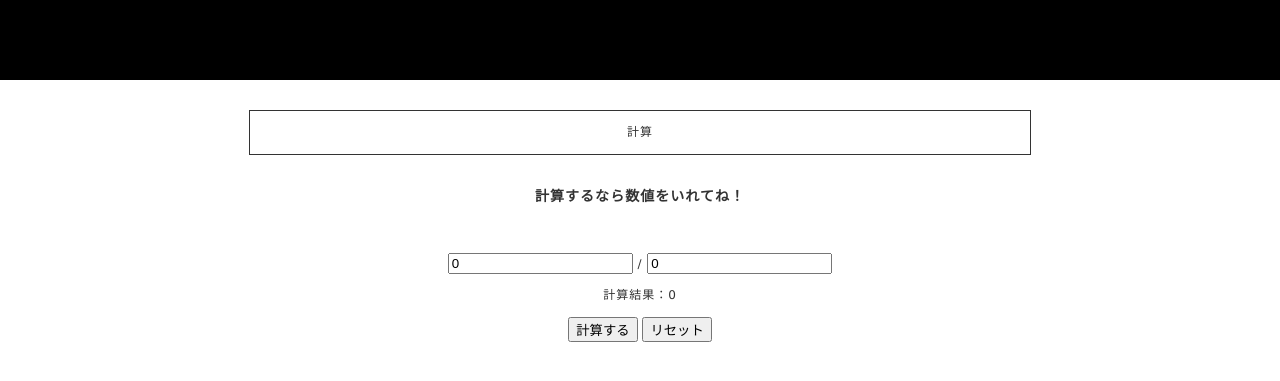
Repository: HattoriKotaro19920408/Keisanchan
Page: http://localhost/Keisanchan/keisan.jsp
An editor plug-in stored every save of this project. The page is shown before and after the next save, followed by the edit.
The browser window is 1280 px wide. The pictures show the whole page.
The page is served by Tomcat 9.

Above is the page before, as saved 2018-08-08 02:11:12.

After the next save:
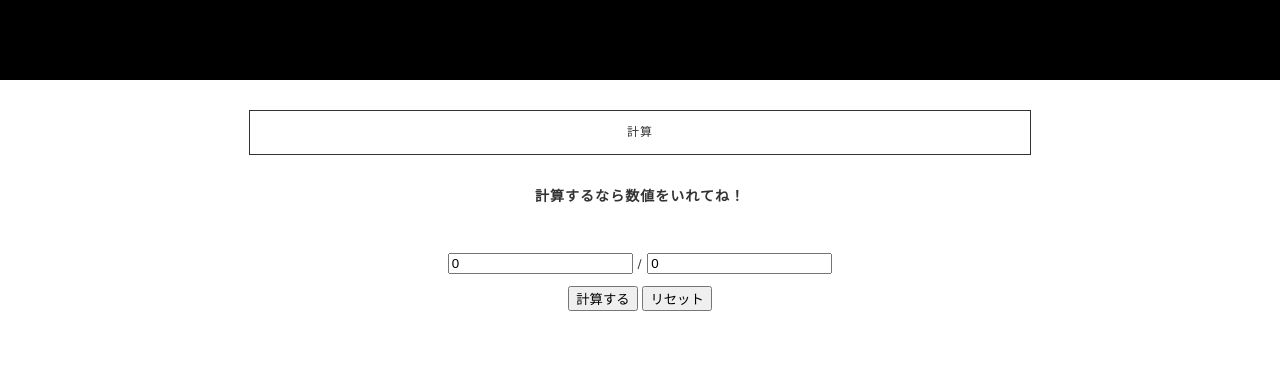
Saved 40 s later.
--- a/Keisanchan/WebContent/keisan.jsp
+++ b/Keisanchan/WebContent/keisan.jsp
@@ -73,7 +73,7 @@
 
 <p><input type="number" name="a" value="0"> / <input type="number" name="b" value="0"></p>
 
-<p>計算結果：<output name="result">0</output></p>
+
 
 <p><input type="submit" value="計算する"> <input type="reset" value="リセット"></p>
 
